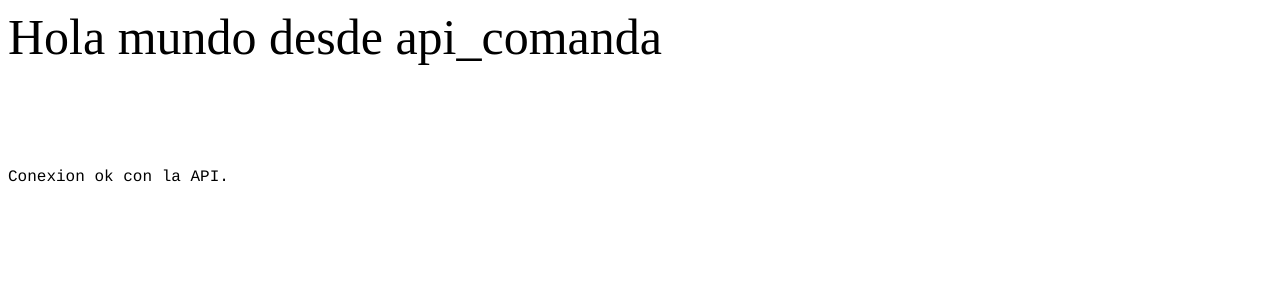
Repository: danieldebrito/api_comanda
Page: http://localhost/api_meyro_sgc/app/index.php
An editor plug-in stored every save of this project. The page is shown before and after the next save, followed by the edit.
The browser window is 1280 px wide. The pictures show the whole page.
The page is run by PHP 8.4 with error messages shown; the project is at /var/www/html/.

Above is the page before, as saved 2019-08-06 00:40:35.

After the next save:
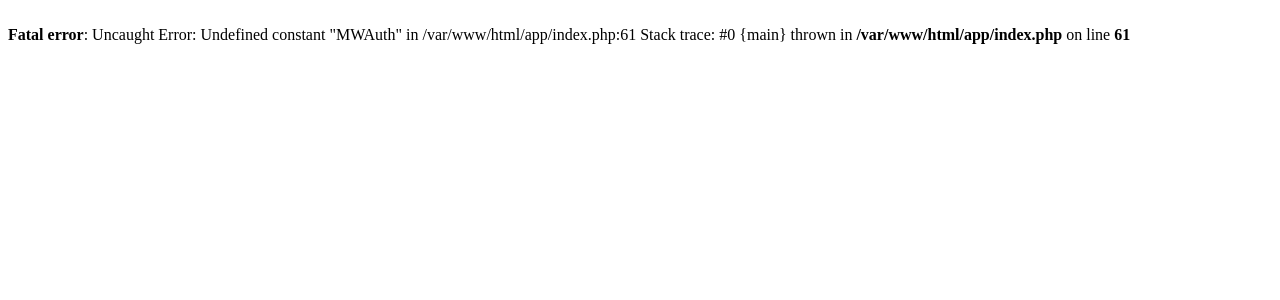
Saved 2 min 13 s later.
--- a/app/index.php
+++ b/app/index.php
@@ -58,7 +58,7 @@
   $this->post('/update', \empleadoApi::class . ':updateApi');
 });
 $app->get('/horarios', \empleadoApi::class . ':horariosAllApi')
-->add(\EmpleadoMiddleware::class . ':ValidarSocio');
+->add(\MWAuth.php::class . ':ValidarSocio');
 $app->get('/operaciones', \empleadoApi::class . ':operacionesAllApi');
 $app->get('/operEmpSecAll', \empleadoApi::class . ':operEmpSecAllApi');
 $app->get('/operEmpSec/{id_empleado}', \empleadoApi::class . ':operEmpSecApi');
